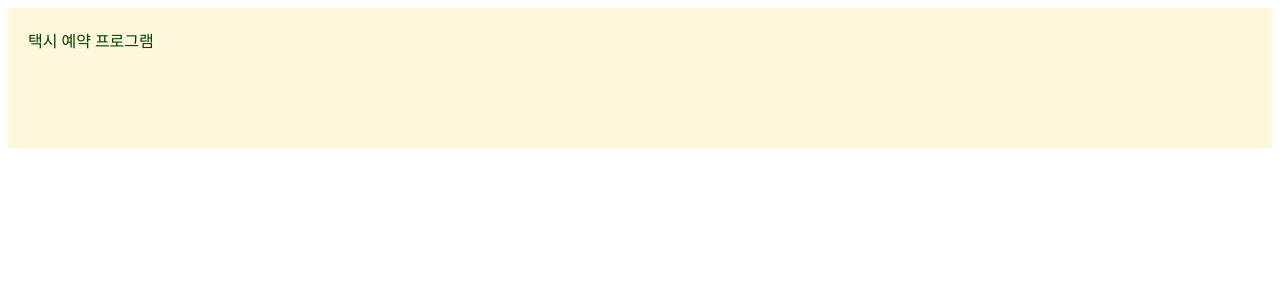
Repository: mvcfvsgdj/javaee
Page: http://localhost/prj0828/
An editor plug-in stored every save of this project. The page is shown before and after the next save, followed by the edit.
The browser window is 1280 px wide. The pictures show the whole page.
The page is served by Tomcat 9.

Above is the page before, as saved 2023-08-28 02:39:59.

After the next save:
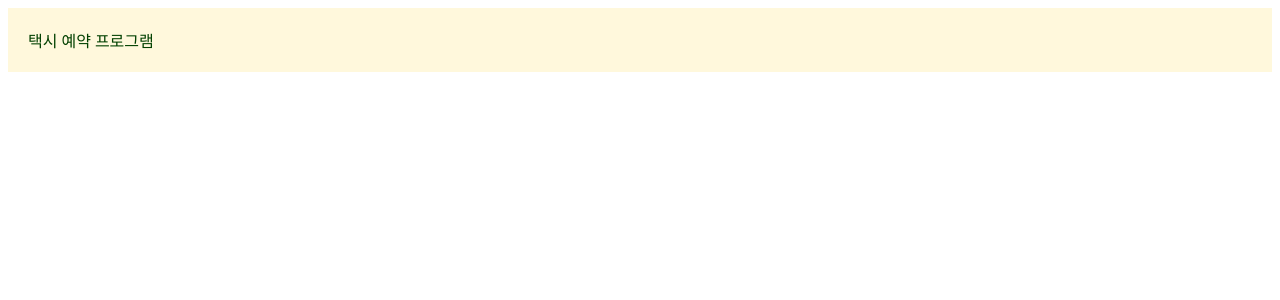
Saved 18 s later.
--- a/prj0828/src/main/webapp/css/index.css
+++ b/prj0828/src/main/webapp/css/index.css
@@ -1,7 +1,6 @@
 @charset "UTF-8";
 
 header{
-	height: 100px;
 	padding: 20px;
 	background-color:cornsilk;
 	color:rgb(2, 64, 0);
